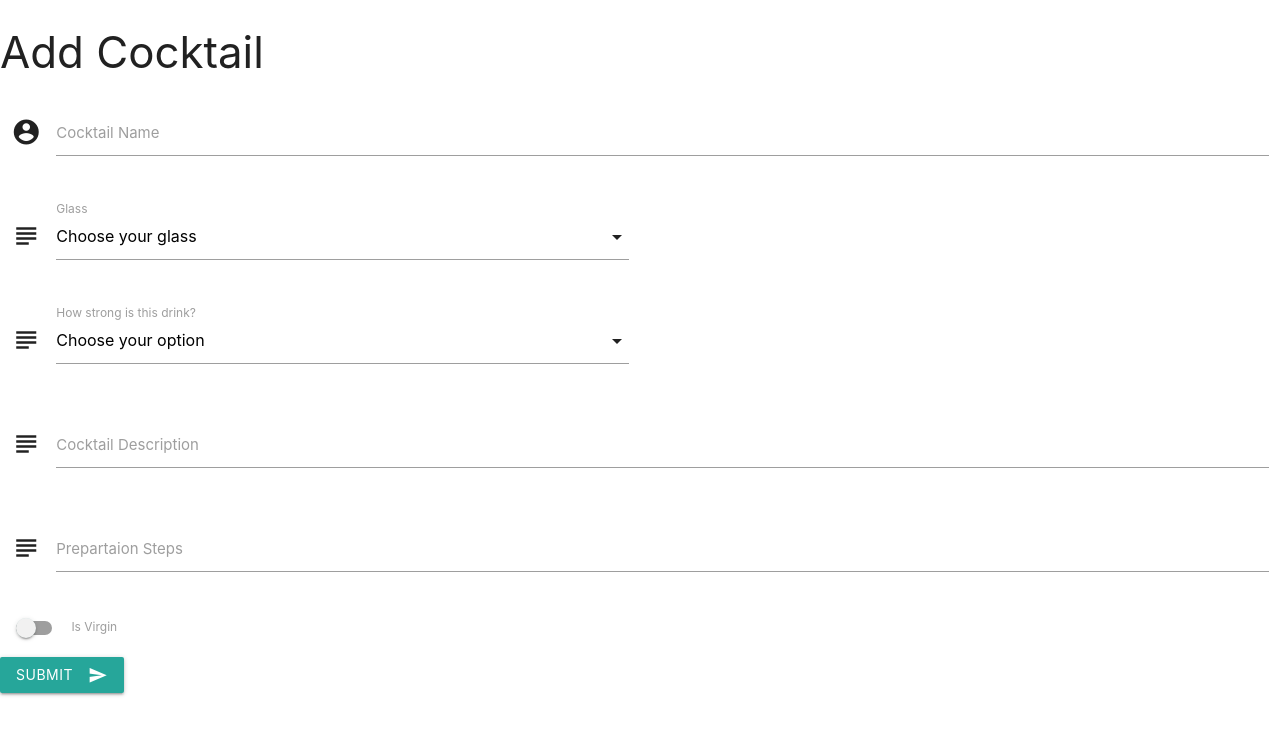
Repository: noblesaleka/cocktail_app
Page: http://localhost/add_cocktail
The author's editor kept a record of every edit. The page is drawn from the files as they stood at one moment, then again after the next edit.
The browser window is 1280 px wide. The pictures show the whole page.
The page is served by the project's application, run on Flask 3 (app.py). Queries for data that is not in the repository find no rows.

Above is the page before.

### templates/addCocktail.html
{% extends 'base.html' %} {% block content %}

<h3>Add Cocktail</h3>

<div class="row">
    <form class="col s12">
        <div class="row">
            <div class="input-field col s12">
                <i class="material-icons prefix">account_circle</i>
                <input id="cocktail_name" name="cocktail_name" type="text" class="validate">
                <label for="cocktail_name">Cocktail Name</label>
            </div>
        </div>

        <div class="row">
            <div class="input-field col s12 m6">
                <i class="material-icons prefix">subject</i>
                <select id= "glass_name" name = "glass_name" class="icons">
                  <option value="" disabled selected>Choose your glass</option>
                  {% for glass in glasses %}
                      <option value="{{glass.glass_name}}" data-icon="{{glass.image}}" class="left">{{glass.glass_name}}</option>
                  {% endfor %}
                </select>
                <label>Glass</label>
            </div>
        </div>

        <div class="row">
            <div class="input-field col s12 m6">
                <i class="material-icons prefix">subject</i>
                <select class="icons">
                  <option value="" disabled selected>Choose your option</option>
                  <option value="" data-icon="/static/images/glasses/martini.png" class="left">example 1</option>
                  <option value="" data-icon="/static/images/glasses/martini.png" class="left">example 2</option>
                  <option value="" data-icon="images/yuna.jpg" class="left">example 3</option>
                </select>
                <label>How strong is this drink?</label>
            </div>
        </div>


        <div class="row">
            <div class="input-field col s12">
                <i class="material-icons prefix">subject</i>
                <input id="cocktail_description" name="cocktail_description" type="text" class="validate">
                <label for="cocktail_description">Cocktail Description</label>
            </div>
        </div>

        <div class="row">
            <div class="input-field col s12">
                <i class="material-icons prefix">subject</i>
                <input id="preparation_steps" name="preparation_steps" type="text" class="validate">
                <label for="preparation_steps">Prepartaion Steps</label>
            </div>
        </div>

        <div class="row">
             <!-- Switch -->
          <div class="switch">
            <label>
              <input id ="is_virgin"  name = "is_virgin" type="checkbox">
              <span class="lever"></span>
              Is Virgin
            </label>
          </div>
        </div>

        <div class="row">
        <button class="btn waves-effect waves-light" type="submit" name="action">Submit
            <i class="material-icons right">send</i>
        </button>


    </form>
</div>


{% endblock %}

### templates/base.html
<!DOCTYPE html>
<html>
    <head>
        <link href="https://fonts.googleapis.com/icon?family=Material+Icons" rel="stylesheet">
        <link rel="stylesheet" href="https://cdnjs.cloudflare.com/ajax/libs/materialize/1.0.0/css/materialize.min.css">
        <link rel="stylesheet" href="{{url_for('static', filename='css/style.css')}}" type='text/css'>

    </head>
    <body>
        {% block content %}
        {% endblock %}
        <script src="https://cdnjs.cloudflare.com/ajax/libs/jquery/3.5.0/jquery.min.js" integrity="sha256-xNzN2a4ltkB44Mc/Jz3pT4iU1cmeR0FkXs4pru/JxaQ=" crossorigin="anonymous"></script>
        <script src="https://cdnjs.cloudflare.com/ajax/libs/materialize/1.0.0/js/materialize.min.js"></script>
        <script type = "text/javascript">
        $(document).ready(function(){
            $('.collapsible').collapsible();
            $('select').formSelect();

        });
        </script>

    </body>
</html>

### app.py
import os
from flask import Flask, render_template, redirect, request, url_for
from flask_pymongo import PyMongo
from bson.objectid import ObjectId



app = Flask(__name__)

#link database to application
app.config["MONGO_DBNAME"] = 'cocktailHandbook'
app.config["MONGO_URI"] = 'mongodb+srv://root:excellent0909@cluster0-dxqrw.mongodb.net/cocktailHandbook?retryWrites=true&w=majority'

#instance of PyMongo
mongo = PyMongo(app)

#connection to database default function
@app.route('/')
@app.route('/get_tasks')
def get_cocktails():
    return render_template("cocktails.html", cocktails=mongo.db.cocktails.find())

#display addCocktail page
@app.route('/add_cocktail')
def add_cocktail():
    return render_template("addCocktail.html",
    glasses=mongo.db.glass.find())

#add new cocktail button functionality
@app.route('/insert_cocktail', methods=['POST'])
def insert_cocktail():
    cocktails = mongo.db.cocktails
    cocktails.insert_one(request.form.to_dict())
    return redirect(url_for('get_cocktails'))

#edit button functionality
@app.route('/edit_cocktail/<cocktail_id>')
def edit_cocktail(cocktail_id):
    the_cocktail = mongo.db.cocktails.find_one({"_id": ObjectId(cocktail_id)})
    all_categories = mongo.db.categories.find()
    return render_template('editCocktail.html', cocktail = the_cocktail, categories = all_categories)

@app.route('/update_cocktail/<cocktail_id>', methods=["POST"])
def update_cocktail(cocktail_id):
    cocktail = mongo.db.cocktails
    cocktail.update_cocktail( {'_id': ObjectId(cocktail_id)},
       {
        'cocktail_name' : request.form.get['cocktail_name'],
        'glass_name' : request.form.get['glass_name'],
        'cocktail_description' : request.form.get['cocktail_description'],
        'preparation_steps' : request.form.get['preparation_steps'],
        'is_virgin' : request.form.get['is_virgin']
        })
    return redirect(url_for('get_cocktails'))

@app.route('/delete_cocktail/<cocktail_id>')
def delete_cocktail(cocktail_id):
    mongo.db.cocktails.remove({'_id': ObjectId(cocktail_id)})
    return redirect(url_for('get_cocktails'))

@app.route('/get_glasses')
def get_glasses():
    return render_template('glasses.html',
    glasses=mongo.db.glass.find())

@app.route('/edit_glasses/<glass_id>')
def edit_glass(glass_id):
    return render_template('editglass.html',
    glass = mongo.db.glass.find_one({'_id': ObjectId(glass_id)}))

@app.route('/update_glass/<glass_id>', methods=["POST"])
def update_glass(glass_id):
    mongo.db.glass.update(
        {'_id' : ObjectId(glass_id)},
        {'glass_name': request.form.get('glass_name')})
    return redirect(url_for('get_glasses'))

@app.route('/delete_glass/<glass_id>')
def delete_glass(glass_id):
    mongo.db.glass.remove({'_id' : ObjectId(glass_id)})
    return redirect(url_for('get_glasses'))

@app.route('/insert_glass', methods=["POST"])
def insert_glass():
    glasses = mongo.db.glass
    glass_doc = {'glass_name': request.form.get['glass_name']}
    glasses.insert_one(glass_doc)
    return redirect(url_for('get_glasses'))

@app.route("/add_glass")
def add_glass():
    return render_template('addglass.html')


if __name__ == '__main__':
    app.run(host = os.environ.get('IP'),
    port=int(os.environ.get('PORT')),
    debug=True)

### static/css/style.css
/*body {*/
/*    background-color: red;*/
/*}*/

.btn_small {
    height: 34px;
    width: 60px;
    line-height: 24px;
    margin: 5px 5px;
    padding: 0 0.5em;
}

After the next edit:
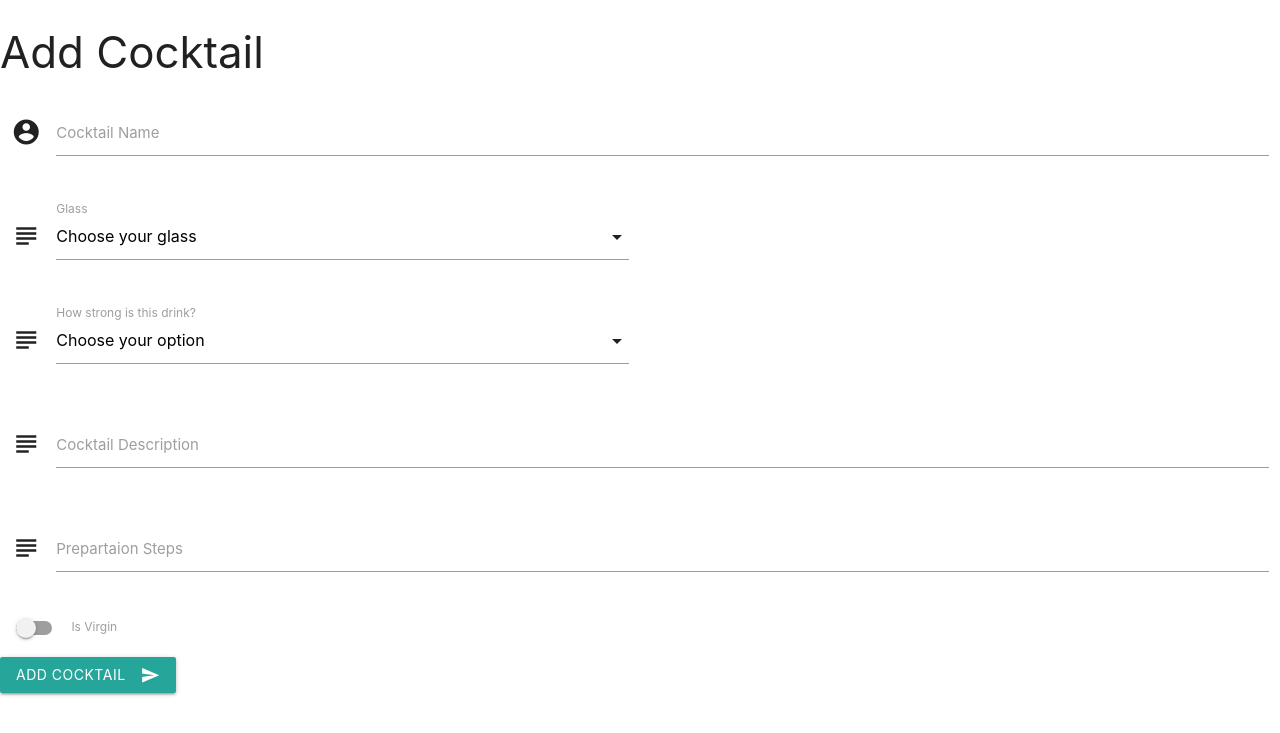
The edit:
--- a/templates/addCocktail.html
+++ b/templates/addCocktail.html
@@ -67,10 +67,10 @@
         </div>
 
         <div class="row">
-        <button class="btn waves-effect waves-light" type="submit" name="action">Submit
-            <i class="material-icons right">send</i>
-        </button>
-
+            <button class="btn waves-effect waves-light" type="submit" name="action">Add Cocktail
+                <i class="material-icons right">send</i>
+            </button>
+        </div>
 
     </form>
 </div>
